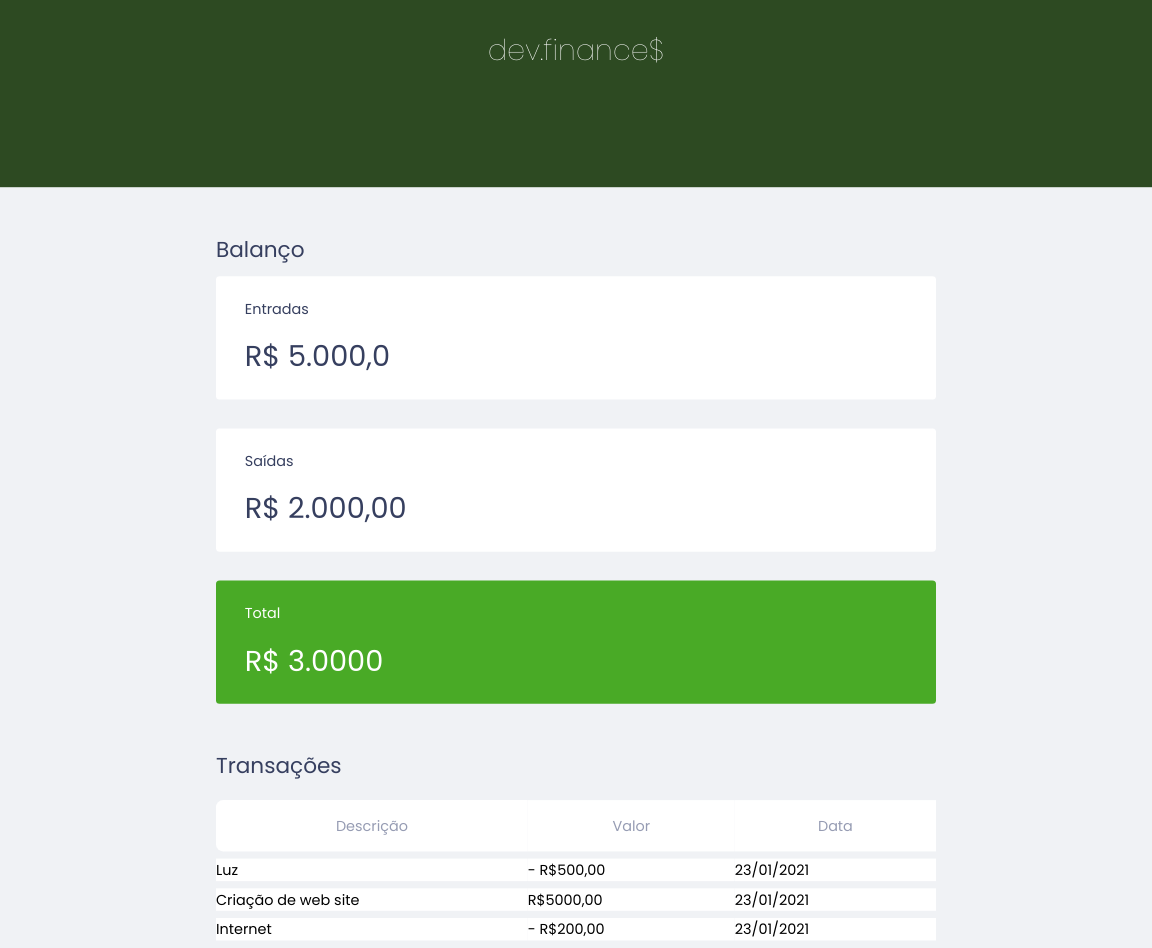
Repository: rafaelmgr12/maratona-dev01
Page: index.html
The author's editor kept a copy of each file at every save. The page is drawn from the files as they stood at one save, then again after the next save.
The browser window is 1280 px wide. The pictures show the whole page, at 90% of full size.

Above is the page before, as saved 2021-04-26 20:50:23.

### index.html
<!DOCTYPE html>
<html lang="pt-br">
  <head>
    <meta charset="UTF-8" />
    <meta http-equiv="X-UA-Compatible" content="IE=edge" />
    <meta name="viewport" content="width=device-width, initial-scale=1.0" />
    <title>Rafael-app.finance$</title>
    <link rel="stylesheet" href="style.css">
    <link rel="preconnect" href="https://fonts.gstatic.com">
    <link href="https://fonts.googleapis.com/css2?family=Poppins:ital,wght@0,100;0,400;0,700;1,100;1,400;1,700&display=swap" rel="stylesheet">
  </head>
  <body>
    <header><h1 id = "logo">dev.finance$</h1></header>
    <main class = "container">
      <section id="balance">
        <h2>Balanço</h2>
        <div class = "card">
          <h3>Entradas</h3>
          <p>R$ 5.000,0</p>
        </div>
        <div class = "card">
          <h3>Saídas</h3>
          <p>R$ 2.000,00</p>
        </div>
        <div class="card total">
          <h3>Total</h3>
          <p>R$ 3.0000</p>
        </div>
      </section>
      <section id = "transaction">
        <h2>Transações</h2>
        <table id= "data-table">
          <thead>
            <tr>
              <th>Descrição</th>
              <th>Valor</th>
              <th>Data</th>
            </tr>
          </thead>
          <tbody>
            <tr>
              <td>Luz</td>
              <td>- R$500,00</td>
              <td>23/01/2021</td>
            </tr>
            <tr>
              <td>Criação de web site</td>
              <td>R$5000,00</td>
              <td>23/01/2021</td>
            </tr>
            <tr>
              <td>Internet</td>
              <td>- R$200,00</td>
              <td>23/01/2021</td>
            </tr>
          </tbody>
        </table>
      </section>
    </main>
    <footer></footer>
  </body>
</html>

### style.css
/* Global ======================================== */
:root {
  --dark-blue: #363f5f;
}
* {
  margin: 0;
  padding: 0;
  box-sizing: border-box;
}

body {
  background: #f0f2f5;
  font-family: "Poppins", sans-serif;
}
.container {
  width: min(90vw, 800px);
  margin: auto;
}
/* Titles ======================================== */
h2 {
  margin-top: 3.2rem;
  margin-bottom: 0.8rem;
  color: var(--dark-blue);

  font-weight: normal;
}

/* Header ======================================== */
header {
  background: #2d4a22;
  padding: 2rem 0 8rem;
  text-align: center;
}

#logo {
  color: #fff;
  font-weight: 100;
}

/* Balance ======================================== */
balance {
  margin-top: -8rem;
}

balance h2 {
  color: white;
  margin-top: 0;
}

/* Cards ======================================== */

.card {
  background: white;
  padding: 1.5rem 2rem;
  border-radius: 0.25rem;

  margin-bottom: 2rem;

  color: var(--dark-blue);
}

.card h3 {
  font-weight: normal;
  font-size: 1rem;
}

.card p {
  font-size: 2rem;
  line-height: 3rem;

  margin-top: 1rem;
}

.card.total{
    background: #49aa26;
    color: white;
}
/* Table  ======================================== */
#data-table{
    width: 100%;
    border-spacing: 0 0.5rem;
}
table th{
    background: white;
    color : #969cb3;
    font-weight: normal;
    padding: 1rem 2rem;

}
table td{
    background: white;
}
table thead tr th:first-child,
table thead tr td:first-child{
    border-radius: 0.5rem 0 0 0.5rem;
}


/* footer ======================================== */
footer {
  text-align: center;
}

After the next save:
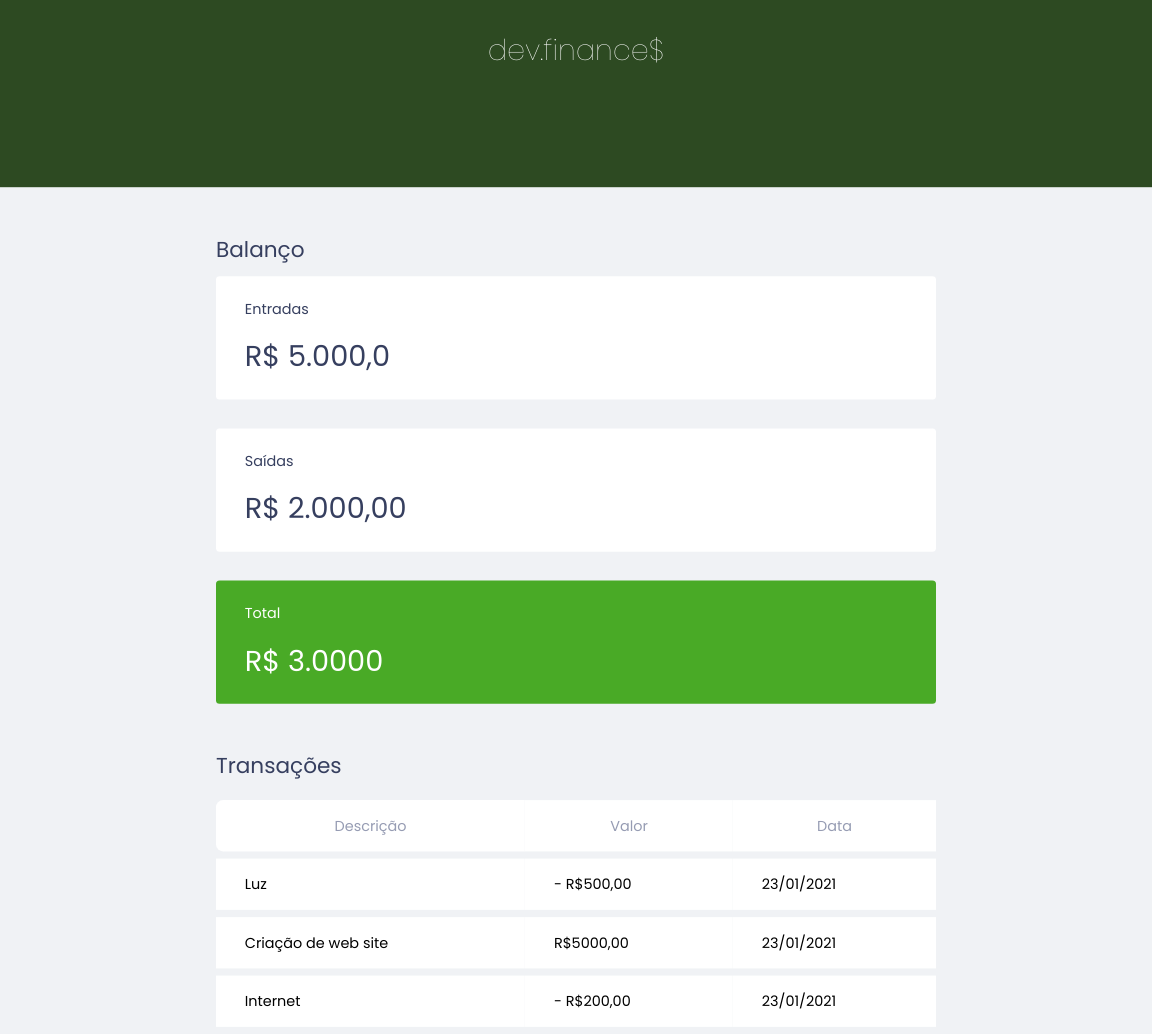
Saved 59 s later.
--- a/style.css
+++ b/style.css
@@ -89,6 +89,7 @@ table th{
 }
 table td{
     background: white;
+    padding: 1rem 2rem;
 }
 table thead tr th:first-child,
 table thead tr td:first-child{
